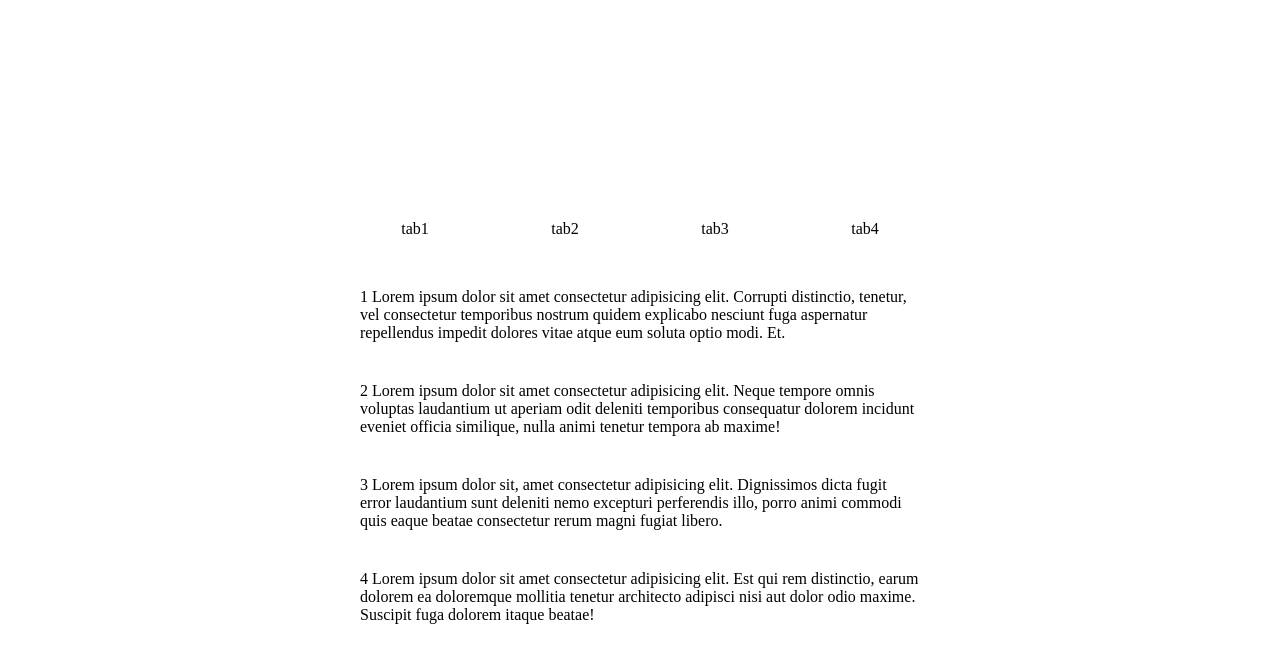
Repository: PCTai/javascript-coban
Page: tab UI/index.html
The author's editor kept a copy of each file at every save. The page is drawn from the files as they stood at one save, then again after the next save.
The browser window is 1280 px wide. The pictures show the whole page.

Above is the page before, as saved 2022-02-09 16:58:28.

### tab UI/index.html
<!DOCTYPE html>
<html lang="en">
<head>
    <meta charset="UTF-8">
    <meta http-equiv="X-UA-Compatible" content="IE=edge">
    <meta name="viewport" content="width=device-width, initial-scale=1.0">
    <title>Document</title>
    <link rel="stylesheet" href="./style.css">
</head>
<body>
    <div class="container">
        <div class="tab">
            <div class="tab-item">tab1</div>
            <div class="tab-item">tab2</div>
            <div class="tab-item">tab3</div>
            <div class="tab-item">tab4</div>

        </div>
        <div class="tab-line"></div>
        <div class="box">
            <div class="box-item">1 Lorem ipsum dolor sit amet consectetur adipisicing elit. Corrupti distinctio, tenetur, vel consectetur temporibus nostrum quidem explicabo nesciunt fuga aspernatur repellendus impedit dolores vitae atque eum soluta optio modi. Et.</div>
            <div class="box-item">2 Lorem ipsum dolor sit amet consectetur adipisicing elit. Neque tempore omnis voluptas laudantium ut aperiam odit deleniti temporibus consequatur dolorem incidunt eveniet officia similique, nulla animi tenetur tempora ab maxime!</div>
            <div class="box-item">3 Lorem ipsum dolor sit, amet consectetur adipisicing elit. Dignissimos dicta fugit error laudantium sunt deleniti nemo excepturi perferendis illo, porro animi commodi quis eaque beatae consectetur rerum magni fugiat libero.</div>
            <div class="box-item">4 Lorem ipsum dolor sit amet consectetur adipisicing elit. Est qui rem distinctio, earum dolorem ea doloremque mollitia tenetur architecto adipisci nisi aut dolor odio maxime. Suscipit fuga dolorem itaque beatae!</div>
        </div>

    </div>


    <script src="./app.js"></script>
</body>
</html>

### tab UI/style.css
*{
    margin: 0;
    border: 0;
    padding: 0;
}
.container{
    width: 600px;
    margin: auto;
    background-color:#fff;
    margin-top: 200px;

}
.tab{
    display: flex;
}
.tab-item{
    flex: 1;
    text-align: center;
    padding: 20px 0;

}
.tab-line{
    width: 100px;
    height: 10px;
    left: 0;
    color: #000;
}

.box{

}

.box-item{
    padding: 20px 20px;
}

Loaded but not shown: tab UI/app.js (no stored copy; drawn as an empty file)

After the next save:
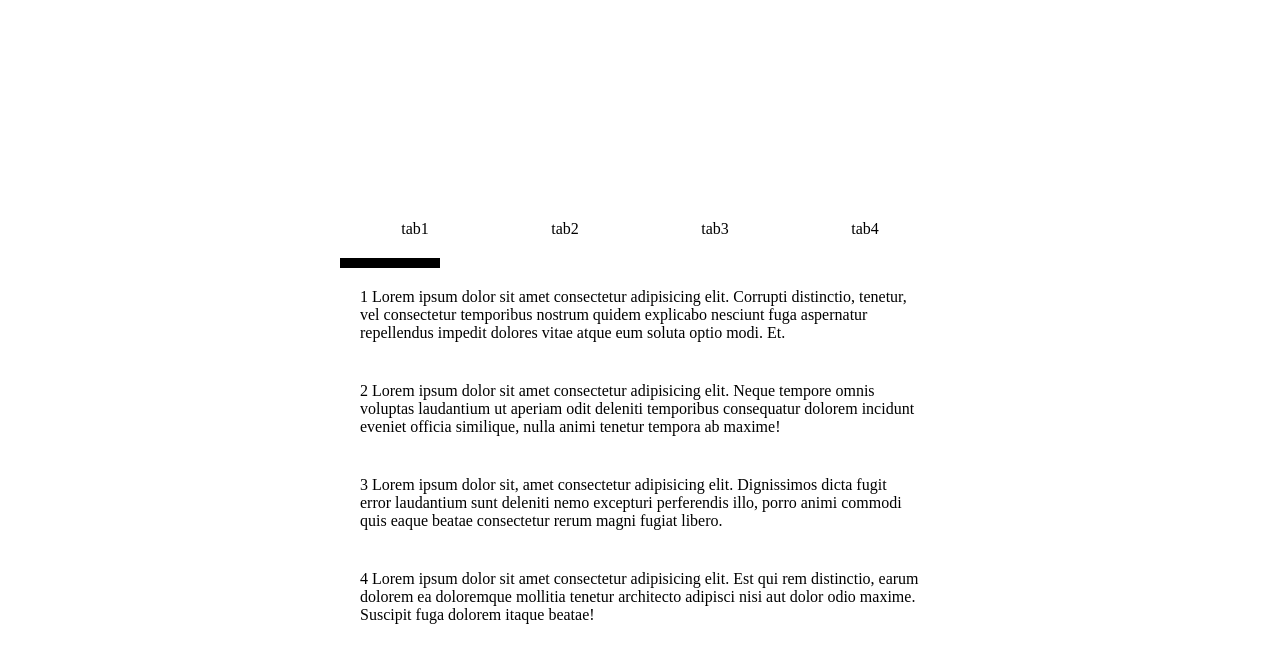
Saved 23 s later.
--- a/tab UI/style.css
+++ b/tab UI/style.css
@@ -23,7 +23,7 @@
     width: 100px;
     height: 10px;
     left: 0;
-    color: #000;
+    background-color: #000;
 }
 
 .box{
